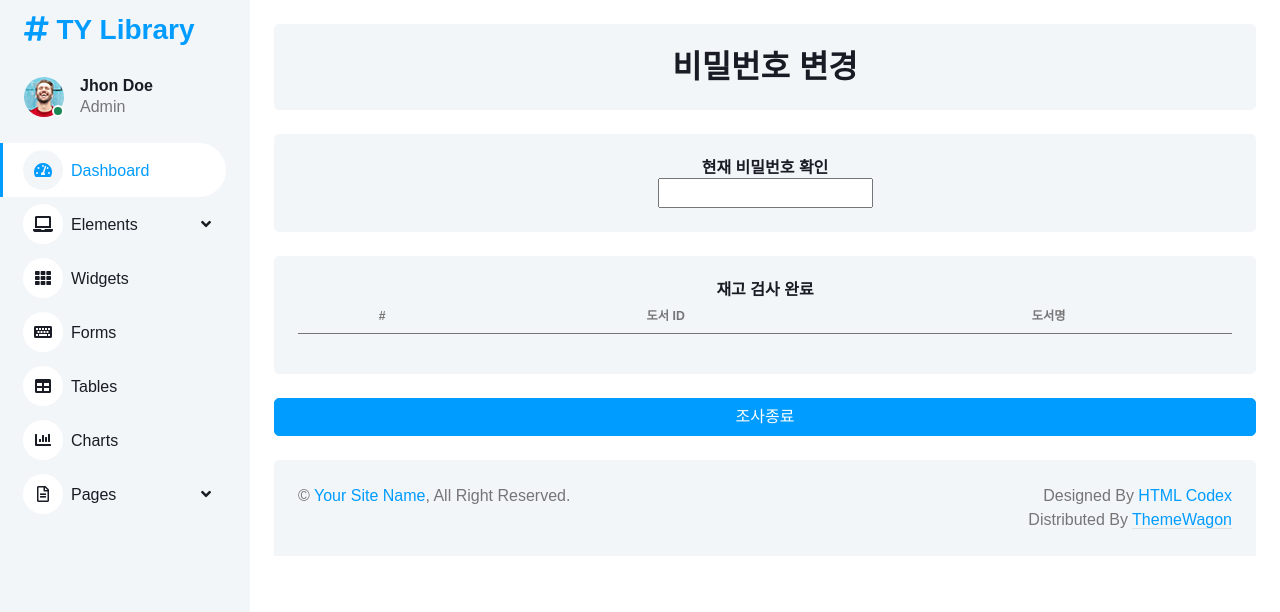
Repository: maryong2/myfirstgitproject
Page: http://localhost/library/WEB-INF/views/admin/user-passreset.jsp
The author's editor kept a copy of each file at every save. The page is drawn from the files as they stood at one save, then again after a run of saves.
The browser window is 1280 px wide. The pictures show the whole page.
Some web fonts or font styles are not loaded; a fallback is used. Some web libraries are served in a nearby version. The page is served by Tomcat 9. Nobody is signed in. Other server files are loaded and not shown. The template is opened directly, without the code that normally fills it, so the values that code supplies are empty.

Above is the page before, as saved 2023-11-27 04:59:13.
Console error: SyntaxError: Unexpected token '=='

### library/src/main/webapp/WEB-INF/views/admin/user-passreset.jsp
<%@ page language="java" contentType="text/html; charset=UTF-8"
	pageEncoding="UTF-8"%>
<%@ taglib prefix="c" uri="http://java.sun.com/jsp/jstl/core"%>
<!DOCTYPE html>
<html lang="en">

<head>
<meta charset="utf-8">
<title>DASHMIN - Bootstrap Admin Template</title>
<meta content="width=device-width, initial-scale=1.0" name="viewport">
<meta content="" name="keywords">
<meta content="" name="description">

<!-- Favicon -->
<link href="img/favicon.ico" rel="icon">

<!-- Google Web Fonts -->
<link rel="preconnect" href="https://fonts.googleapis.com">
<link rel="preconnect" href="https://fonts.gstatic.com" crossorigin>
<link
	href="https://fonts.googleapis.com/css2?family=Heebo:wght@400;500;600;700&display=swap"
	rel="stylesheet">

<!-- Icon Font Stylesheet -->
<link
	href="https://cdnjs.cloudflare.com/ajax/libs/font-awesome/5.10.0/css/all.min.css"
	rel="stylesheet">
<link
	href="https://cdn.jsdelivr.net/npm/bootstrap-icons@1.4.1/font/bootstrap-icons.css"
	rel="stylesheet">

<!-- Libraries Stylesheet -->
<link href="/lib/owlcarousel/assets/owl.carousel.min.css"
	rel="stylesheet">
<link href="/lib/tempusdominus/css/tempusdominus-bootstrap-4.min.css"
	rel="stylesheet" />

<!-- Customized Bootstrap Stylesheet -->
<link href="/css/bootstrap.min.css" rel="stylesheet">

<!-- Template Stylesheet -->
<link href="/css/style.css" rel="stylesheet">
</head>

<body>
	<div class="container-xxl position-relative bg-white d-flex p-0">
		<!-- Spinner Start -->
		<div id="spinner"
			class="show bg-white position-fixed translate-middle w-100 vh-100 top-50 start-50 d-flex align-items-center justify-content-center">
			<div class="spinner-border text-primary"
				style="width: 3rem; height: 3rem;" role="status">
				<span class="sr-only">Loading...</span>
			</div>
		</div>
		<!-- Spinner End -->


		<!-- Sidebar Start -->
		<div class="sidebar pe-4 pb-3">
			<nav class="navbar bg-light navbar-light">
				<a href="/tylibrary/admin" class="navbar-brand mx-4 mb-3">
					<h3 class="text-primary">
						<i class="fa fa-hashtag me-2"></i>TY Library
					</h3>
				</a>
				<div class="d-flex align-items-center ms-4 mb-4">
					<div class="position-relative">
						<img class="rounded-circle" src="/img/user.jpg" alt=""
							style="width: 40px; height: 40px;">
						<div
							class="bg-success rounded-circle border border-2 border-white position-absolute end-0 bottom-0 p-1"></div>
					</div>
					<div class="ms-3">
						<h6 class="mb-0">Jhon Doe</h6>
						<span>Admin</span>
					</div>
				</div>
				<div class="navbar-nav w-100">
					<a href="/tylibrary/admin" class="nav-item nav-link active"><i
						class="fa fa-tachometer-alt me-2"></i>Dashboard</a>
					<div class="nav-item dropdown">
						<a href="#" class="nav-link dropdown-toggle"
							data-bs-toggle="dropdown"><i class="fa fa-laptop me-2"></i>Elements</a>
						<div class="dropdown-menu bg-transparent border-0">
							<a href="button.html" class="dropdown-item">Buttons</a> <a
								href="typography.html" class="dropdown-item">Typography</a> <a
								href="element.html" class="dropdown-item">Other Elements</a>
						</div>
					</div>
					<a href="widget.html" class="nav-item nav-link"><i
						class="fa fa-th me-2"></i>Widgets</a> <a href="form.html"
						class="nav-item nav-link"><i class="fa fa-keyboard me-2"></i>Forms</a>
					<a href="table.html" class="nav-item nav-link"><i
						class="fa fa-table me-2"></i>Tables</a> <a href="chart.html"
						class="nav-item nav-link"><i class="fa fa-chart-bar me-2"></i>Charts</a>
					<div class="nav-item dropdown">
						<a href="#" class="nav-link dropdown-toggle"
							data-bs-toggle="dropdown"><i class="far fa-file-alt me-2"></i>Pages</a>
						<div class="dropdown-menu bg-transparent border-0">
							<a href="signin.html" class="dropdown-item">Sign In</a> <a
								href="signup.html" class="dropdown-item">Sign Up</a> <a
								href="404.html" class="dropdown-item">404 Error</a> <a
								href="blank.html" class="dropdown-item">Blank Page</a>
						</div>
					</div>
				</div>
			</nav>
		</div>
		<!-- Sidebar End -->


		<!-- Content Start -->
		<div class="content">
			<!-- Navbar Start -->
			<nav
				class="navbar navbar-expand bg-light navbar-light sticky-top px-4 py-0">
				<a href="/tylibrary/admin" class="navbar-brand d-flex d-lg-none me-4">
					<h2 class="text-primary mb-0">TY Library</h2>
				</a>
			</nav>
			<!-- Navbar End -->


			<!-- Sale & Revenue Start -->
			<div class="container-fluid pt-4 px-4">
				<div class="row g-4">
					<div class="col-sm-12 col-xl-12">
						<div class="bg-light rounded d-md-flex align-items-center p-4">
							<div style="margin: auto">
								<h2 class="mb-0 text-center"
									style="item-align: center !important;">비밀번호 변경</h2>
							</div>
						</div>
					</div>
				</div>
			</div>
			<!-- Sale & Revenue End -->


			<!-- Sales Chart Start -->
			<div class="container-fluid pt-4 px-4">
				<div class="row g-4">



					<!-- Sales Chart End -->
					<div class="col-12">
						<div class="bg-light text-center rounded p-4">
							<h6 class="mb-0">현재 비밀번호 확인</h6>
							<div class="table-responsive">
								<input>
							</div>
						</div>
					</div>

					<div class="col-12">
						<div class="bg-light text-center rounded p-4">
							<h6 class="mb-0">재고 검사 완료</h6>
							<div class="table-responsive">
								<table class="table small">
									<thead class="small">
										<tr>
											<th scope="col">#</th>
											<th scope="col">도서 ID</th>
											<th scope="col">도서명</th>
										</tr>
									</thead>
									<tbody class="small">
										<c:forEach items="${book_two}" var="book"
											varStatus="loopStatus">
											<tr>
												<th scope="row">${loopStatus.index + 1}</th>
												<td>${book.b_id}</td>
												<td>${book.title}</td>
											</tr>
										</c:forEach>
									</tbody>
								</table>
							</div>
						</div>
					</div>
					<div class="col-sm-12 col-xl-12" id="stock-finish">
						<form action="stock-count" method="post">
							<input type="text" name="stock" value="finish"
								style="display: none" /> <input type="text" name="state"
								value="1" style="display: none" /><input type="submit"
								id="stock-select" class="btn btn-primary m-2 w-100" value="조사종료"
								style="margin: 0 !important;" />
						</form>
					</div>
				</div>
			</div>
			<!-- Footer Start -->

			<div class="container-fluid pt-4 px-4">
				<div class="bg-light rounded-top p-4">
					<div class="row">
						<div class="col-12 col-sm-6 text-center text-sm-start">
							&copy; <a href="#">Your Site Name</a>, All Right Reserved.
						</div>
						<div class="col-12 col-sm-6 text-center text-sm-end">
							<!--/*** This template is free as long as you keep the footer author’s credit link/attribution link/backlink. If you'd like to use the template without the footer author’s credit link/attribution link/backlink, you can purchase the Credit Removal License from "https://htmlcodex.com/credit-removal". Thank you for your support. ***/-->
							Designed By <a href="https://htmlcodex.com">HTML Codex</a> </br>
							Distributed By <a class="border-bottom"
								href="https://themewagon.com" target="_blank">ThemeWagon</a>
						</div>
					</div>
				</div>
			</div>
			<!-- Footer End -->
		</div>
		<!-- Content End -->


		<!-- Back to Top -->
	</div>
	<script type="text/javascript">
	let stockScan = document.getElementById("stock-select");
	let stockFinish = document.getElementById("stock-finish");
	let state = ${state} == null ? null : ${state};
	if(!state){
		alert("잘못된 접근 입니다.");
		console.log(state);
		window.history.back();
	}

	function determine(){
		$.ajax({
            url: "/tylibrary/check-state",
            type: "POST",
            success: function (data) {
           	 if (data<=2){
           		let result = confirm("정말로 조사를 시작하시겠습니까?");
           	    if (result) {
           	      stockScan.form.submit();
           	    } else{
           	      alert("취소되었습니다.");
           	    }
           	 }else if(data==3) {
           		 stockScan.form.submit();
             }
           	},
            error: function () {
           	 alert("오류@@발생")
            }
        });
	}

	if(state <= 2){
		stockScan.value = "조사시작";
			stockFinish.style.display="none";

	}else if(state == 3){
		stockScan.value = "스캔하기"
			stockFinish.style.display="block";
	}
	</script>

	<!-- JavaScript Libraries -->
	<script src="https://code.jquery.com/jquery-3.4.1.min.js"></script>
	<script
		src="https://cdn.jsdelivr.net/npm/bootstrap@5.0.0/dist/js/bootstrap.bundle.min.js"></script>
	<script src="/lib/chart/chart.min.js"></script>
	<script src="/lib/easing/easing.min.js"></script>
	<script src="/lib/waypoints/waypoints.min.js"></script>
	<script src="/lib/owlcarousel/owl.carousel.min.js"></script>
	<script src="/lib/tempusdominus/js/moment.min.js"></script>
	<script src="/lib/tempusdominus/js/moment-timezone.min.js"></script>
	<script src="/lib/tempusdominus/js/tempusdominus-bootstrap-4.min.js"></script>

	<!-- Template Javascript -->
	<script src="/js/main.js"></script>
</body>

</html>

### library/src/main/resources/static/css/style.css
/********** Template CSS **********/
:root {
    --primary: #009CFF;
    --light: #F3F6F9;
    --dark: #191C24;
}

.back-to-top {
    position: fixed;
    display: none;
    right: 45px;
    bottom: 45px;
    z-index: 99;
}


/*** Spinner ***/
#spinner {
    opacity: 0;
    visibility: hidden;
    transition: opacity .5s ease-out, visibility 0s linear .5s;
    z-index: 99999;
}

#spinner.show {
    transition: opacity .5s ease-out, visibility 0s linear 0s;
    visibility: visible;
    opacity: 1;
}


/*** Button ***/
.btn {
    transition: .5s;
}

.btn.btn-primary {
    color: #FFFFFF;
}

.btn-square {
    width: 38px;
    height: 38px;
}

.btn-sm-square {
    width: 32px;
    height: 32px;
}

.btn-lg-square {
    width: 48px;
    height: 48px;
}

.btn-square,
.btn-sm-square,
.btn-lg-square {
    padding: 0;
    display: inline-flex;
    align-items: center;
    justify-content: center;
    font-weight: normal;
    border-radius: 50px;
}


/*** Layout ***/
.sidebar {
    position: fixed;
    top: 0;
    left: 0;
    bottom: 0;
    width: 250px;
    height: 100vh;
    overflow-y: auto;
    background: var(--light);
    transition: 0.5s;
    z-index: 999;
}

.content {
    margin-left: 250px;
    min-height: 100vh;
    background: #FFFFFF;
    transition: 0.5s;
}

@media (min-width: 992px) {
    .sidebar {
        margin-left: 0;
    }

    .sidebar.open {
        margin-left: -250px;
    }

    .content {
        width: calc(100% - 250px);
    }

    .content.open {
        width: 100%;
        margin-left: 0;
    }
}

@media (max-width: 991.98px) {
    .sidebar {
        margin-left: -250px;
    }

    .sidebar.open {
        margin-left: 0;
    }

    .content {
        width: 100%;
        margin-left: 0;
    }
}


/*** Navbar ***/
.sidebar .navbar .navbar-nav .nav-link {
    padding: 7px 20px;
    color: var(--dark);
    font-weight: 500;
    border-left: 3px solid var(--light);
    border-radius: 0 30px 30px 0;
    outline: none;
}

.sidebar .navbar .navbar-nav .nav-link:hover,
.sidebar .navbar .navbar-nav .nav-link.active {
    color: var(--primary);
    background: #FFFFFF;
    border-color: var(--primary);
}

.sidebar .navbar .navbar-nav .nav-link i {
    width: 40px;
    height: 40px;
    display: inline-flex;
    align-items: center;
    justify-content: center;
    background: #FFFFFF;
    border-radius: 40px;
}

.sidebar .navbar .navbar-nav .nav-link:hover i,
.sidebar .navbar .navbar-nav .nav-link.active i {
    background: var(--light);
}

.sidebar .navbar .dropdown-toggle::after {
    position: absolute;
    top: 15px;
    right: 15px;
    border: none;
    content: "\f107";
    font-family: "Font Awesome 5 Free";
    font-weight: 900;
    transition: .5s;
}

.sidebar .navbar .dropdown-toggle[aria-expanded=true]::after {
    transform: rotate(-180deg);
}

.sidebar .navbar .dropdown-item {
    padding-left: 25px;
    border-radius: 0 30px 30px 0;
}

.content .navbar .navbar-nav .nav-link {
    margin-left: 25px;
    padding: 12px 0;
    color: var(--dark);
    outline: none;
}

.content .navbar .navbar-nav .nav-link:hover,
.content .navbar .navbar-nav .nav-link.active {
    color: var(--primary);
}

.content .navbar .sidebar-toggler,
.content .navbar .navbar-nav .nav-link i {
    width: 40px;
    height: 40px;
    display: inline-flex;
    align-items: center;
    justify-content: center;
    background: #FFFFFF;
    border-radius: 40px;
}

.content .navbar .dropdown-toggle::after {
    margin-left: 6px;
    vertical-align: middle;
    border: none;
    content: "\f107";
    font-family: "Font Awesome 5 Free";
    font-weight: 900;
    transition: .5s;
}

.content .navbar .dropdown-toggle[aria-expanded=true]::after {
    transform: rotate(-180deg);
}

@media (max-width: 575.98px) {
    .content .navbar .navbar-nav .nav-link {
        margin-left: 15px;
    }
}


/*** Date Picker ***/
.bootstrap-datetimepicker-widget.bottom {
    top: auto !important;
}

.bootstrap-datetimepicker-widget .table * {
    border-bottom-width: 0px;
}

.bootstrap-datetimepicker-widget .table th {
    font-weight: 500;
}

.bootstrap-datetimepicker-widget.dropdown-menu {
    padding: 10px;
    border-radius: 2px;
}

.bootstrap-datetimepicker-widget table td.active,
.bootstrap-datetimepicker-widget table td.active:hover {
    background: var(--primary);
}

.bootstrap-datetimepicker-widget table td.today::before {
    border-bottom-color: var(--primary);
}


/*** Testimonial ***/
.progress .progress-bar {
    width: 0px;
    transition: 2s;
}


/*** Testimonial ***/
.testimonial-carousel .owl-dots {
    margin-top: 24px;
    display: flex;
    align-items: flex-end;
    justify-content: center;
}

.testimonial-carousel .owl-dot {
    position: relative;
    display: inline-block;
    margin: 0 5px;
    width: 15px;
    height: 15px;
    border: 5px solid var(--primary);
    border-radius: 15px;
    transition: .5s;
}

.testimonial-carousel .owl-dot.active {
    background: var(--dark);
    border-color: var(--primary);
}

### library/src/main/resources/static/js/main.js
(function ($) {
    "use strict";

    // Spinner
    var spinner = function () {
        setTimeout(function () {
            if ($('#spinner').length > 0) {
                $('#spinner').removeClass('show');
            }
        }, 1);
    };
    spinner();


    // Back to top button
    $(window).scroll(function () {
        if ($(this).scrollTop() > 300) {
            $('.back-to-top').fadeIn('slow');
        } else {
            $('.back-to-top').fadeOut('slow');
        }
    });
    $('.back-to-top').click(function () {
        $('html, body').animate({scrollTop: 0}, 1500, 'easeInOutExpo');
        return false;
    });


    // Sidebar Toggler
    $('.sidebar-toggler').click(function () {
        $('.sidebar, .content').toggleClass("open");
        return false;
    });


    // Progress Bar
    $('.pg-bar').waypoint(function () {
        $('.progress .progress-bar').each(function () {
            $(this).css("width", $(this).attr("aria-valuenow") + '%');
        });
    }, {offset: '80%'});


	function getWeekendDates(startDate, endDate) {
		var weekendDates = [];

		while (startDate <= endDate) {
			if (startDate.getDay() === 0 || startDate.getDay() === 6) {
				// 주말인 경우 날짜를 원하는 형식(예: 'YYYY/MM/DD')으로 포맷팅
				var formattedDate = startDate.getFullYear() + '/' + (startDate.getMonth() + 1) + '/' + startDate.getDate();
				weekendDates.push(formattedDate);
			}
			startDate.setDate(startDate.getDate() + 1);
		}

		return weekendDates;
	}

	function convertDay(toDay, weeks) {
		let after = new Date(toDay.getTime() + 7 * weeks * 24 * 60 * 60 * 1000);
		let year = after.getFullYear();
		let month = after.getMonth() + 1;
		let day = after.getDate();
		let ret = year + "/" + (month < 10 ? "0" : "") + month + "/" + day;
		return ret;
	}





	let toDay = new Date();
	let minday = convertDay(toDay, 2)
	var maxday = convertDay(toDay, 4);
	var weekendDatesArray = getWeekendDates(toDay, new Date(toDay.getTime() + 7 * 4 * 24 * 60 * 60 * 1000));
    // Calender
    $('#calender').datetimepicker({
        inline: true,
		format: 'Y-m-d',
		minDate: minday,
		defaultDate: minday,
		maxDate: maxday,
		locale: moment.locale("ko"),
		disabledDates: weekendDatesArray,
    });


    // Testimonials carousel
    $(".testimonial-carousel").owlCarousel({
        autoplay: true,
        smartSpeed: 1000,
        items: 1,
        dots: true,
        loop: true,
        nav : false
    });


    // Worldwide Sales Chart
    var ctx1 = $("#worldwide-sales").get(0).getContext("2d");
    var myChart1 = new Chart(ctx1, {
        type: "bar",
        data: {
            labels: ["2016", "2017", "2018", "2019", "2020", "2021", "2022"],
            datasets: [{
                    label: "USA",
                    data: [15, 30, 55, 65, 60, 80, 95],
                    backgroundColor: "rgba(0, 156, 255, .7)"
                },
                {
                    label: "UK",
                    data: [8, 35, 40, 60, 70, 55, 75],
                    backgroundColor: "rgba(0, 156, 255, .5)"
                },
                {
                    label: "AU",
                    data: [12, 25, 45, 55, 65, 70, 60],
                    backgroundColor: "rgba(0, 156, 255, .3)"
                }
            ]
            },
        options: {
            responsive: true
        }
    });


    // Salse & Revenue Chart
    var ctx2 = $("#salse-revenue").get(0).getContext("2d");
    var myChart2 = new Chart(ctx2, {
        type: "line",
        data: {
            labels: ["2016", "2017", "2018", "2019", "2020", "2021", "2022"],
            datasets: [{
                    label: "Salse",
                    data: [15, 30, 55, 45, 70, 65, 85],
                    backgroundColor: "rgba(0, 156, 255, .5)",
                    fill: true
                },
                {
                    label: "Revenue",
                    data: [99, 135, 170, 130, 190, 180, 270],
                    backgroundColor: "rgba(0, 156, 255, .3)",
                    fill: true
                }
            ]
            },
        options: {
            responsive: true
        }
    });



    // Single Line Chart
    var ctx3 = $("#line-chart").get(0).getContext("2d");
    var myChart3 = new Chart(ctx3, {
        type: "line",
        data: {
            labels: [50, 60, 70, 80, 90, 100, 110, 120, 130, 140, 150],
            datasets: [{
                label: "Salse",
                fill: false,
                backgroundColor: "rgba(0, 156, 255, .3)",
                data: [7, 8, 8, 9, 9, 9, 10, 11, 14, 14, 15]
            }]
        },
        options: {
            responsive: true
        }
    });


    // Single Bar Chart
    var ctx4 = $("#bar-chart").get(0).getContext("2d");
    var myChart4 = new Chart(ctx4, {
        type: "bar",
        data: {
            labels: ["Italy", "France", "Spain", "USA", "Argentina"],
            datasets: [{
                backgroundColor: [
                    "rgba(0, 156, 255, .7)",
                    "rgba(0, 156, 255, .6)",
                    "rgba(0, 156, 255, .5)",
                    "rgba(0, 156, 255, .4)",
                    "rgba(0, 156, 255, .3)"
                ],
                data: [55, 49, 44, 24, 15]
            }]
        },
        options: {
            responsive: true
        }
    });


    // Pie Chart
    var ctx5 = $("#pie-chart").get(0).getContext("2d");
    var myChart5 = new Chart(ctx5, {
        type: "pie",
        data: {
            labels: ["Italy", "France", "Spain", "USA", "Argentina"],
            datasets: [{
                backgroundColor: [
                    "rgba(0, 156, 255, .7)",
                    "rgba(0, 156, 255, .6)",
                    "rgba(0, 156, 255, .5)",
                    "rgba(0, 156, 255, .4)",
                    "rgba(0, 156, 255, .3)"
                ],
                data: [55, 49, 44, 24, 15]
            }]
        },
        options: {
            responsive: true
        }
    });


    // Doughnut Chart
    var ctx6 = $("#doughnut-chart").get(0).getContext("2d");
    var myChart6 = new Chart(ctx6, {
        type: "doughnut",
        data: {
            labels: ["Italy", "France", "Spain", "USA", "Argentina"],
            datasets: [{
                backgroundColor: [
                    "rgba(0, 156, 255, .7)",
                    "rgba(0, 156, 255, .6)",
                    "rgba(0, 156, 255, .5)",
                    "rgba(0, 156, 255, .4)",
                    "rgba(0, 156, 255, .3)"
                ],
                data: [55, 49, 44, 24, 15]
            }]
        },
        options: {
            responsive: true
        }
    });


})(jQuery);

Loaded but not shown: library/src/main/resources/static/lib/owlcarousel/assets/owl.carousel.min.css (common file); library/src/main/resources/static/lib/tempusdominus/css/tempusdominus-bootstrap-4.min.css (library); library/src/main/resources/static/css/bootstrap.min.css (library); library/src/main/resources/static/lib/chart/chart.min.js (library); library/src/main/resources/static/lib/easing/easing.min.js (common file); library/src/main/resources/static/lib/waypoints/waypoints.min.js (library); library/src/main/resources/static/lib/owlcarousel/owl.carousel.min.js (library); library/src/main/resources/static/lib/tempusdominus/js/moment.min.js (library); library/src/main/resources/static/lib/tempusdominus/js/moment-timezone.min.js (library); library/src/main/resources/static/lib/tempusdominus/js/tempusdominus-bootstrap-4.min.js (library)

After the next 2 saves:
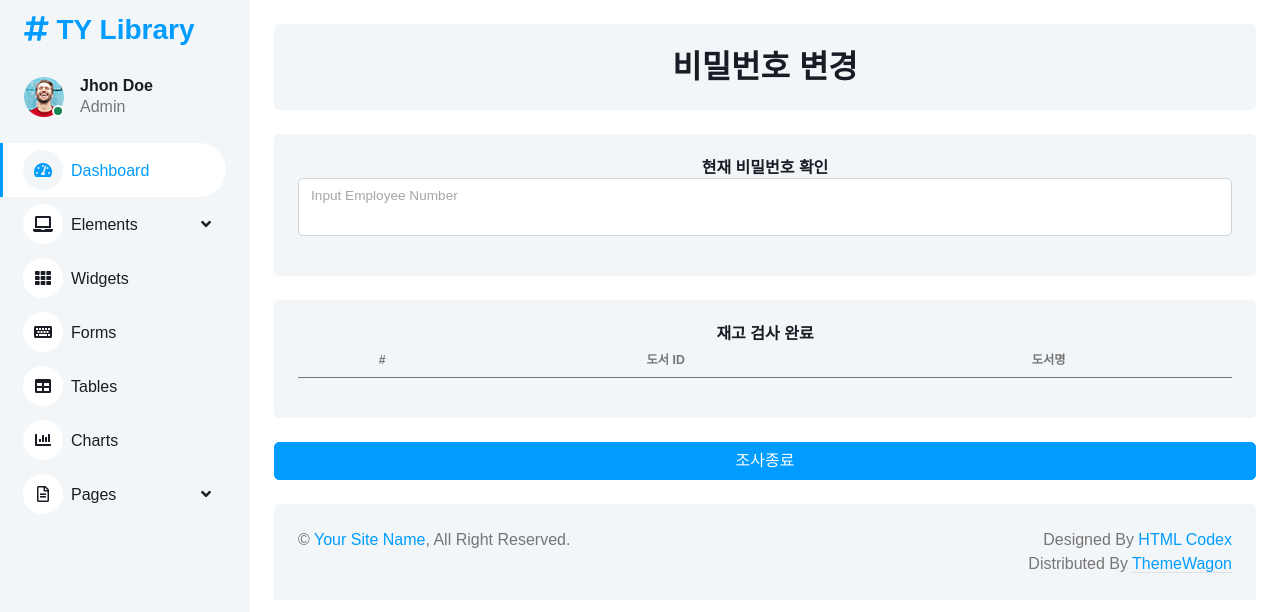
The 2 saves are shown as one change because they came seconds apart.
The last was saved 15 s later.
--- a/library/src/main/webapp/WEB-INF/views/admin/user-passreset.jsp
+++ b/library/src/main/webapp/WEB-INF/views/admin/user-passreset.jsp
@@ -114,7 +114,8 @@
 			<!-- Navbar Start -->
 			<nav
 				class="navbar navbar-expand bg-light navbar-light sticky-top px-4 py-0">
-				<a href="/tylibrary/admin" class="navbar-brand d-flex d-lg-none me-4">
+				<a href="/tylibrary/admin"
+					class="navbar-brand d-flex d-lg-none me-4">
 					<h2 class="text-primary mb-0">TY Library</h2>
 				</a>
 			</nav>
@@ -148,7 +149,11 @@
 						<div class="bg-light text-center rounded p-4">
 							<h6 class="mb-0">현재 비밀번호 확인</h6>
 							<div class="table-responsive">
-								<input>
+								<div class="form-floating mb-3">
+									<input type="text" class="form-control" id="e_id" name="e_id">
+									<label for="e_id">Input Employee Number</label><span
+										id="result_checkID" style="font-size: 12px"></span>
+								</div>
 							</div>
 						</div>
 					</div>
